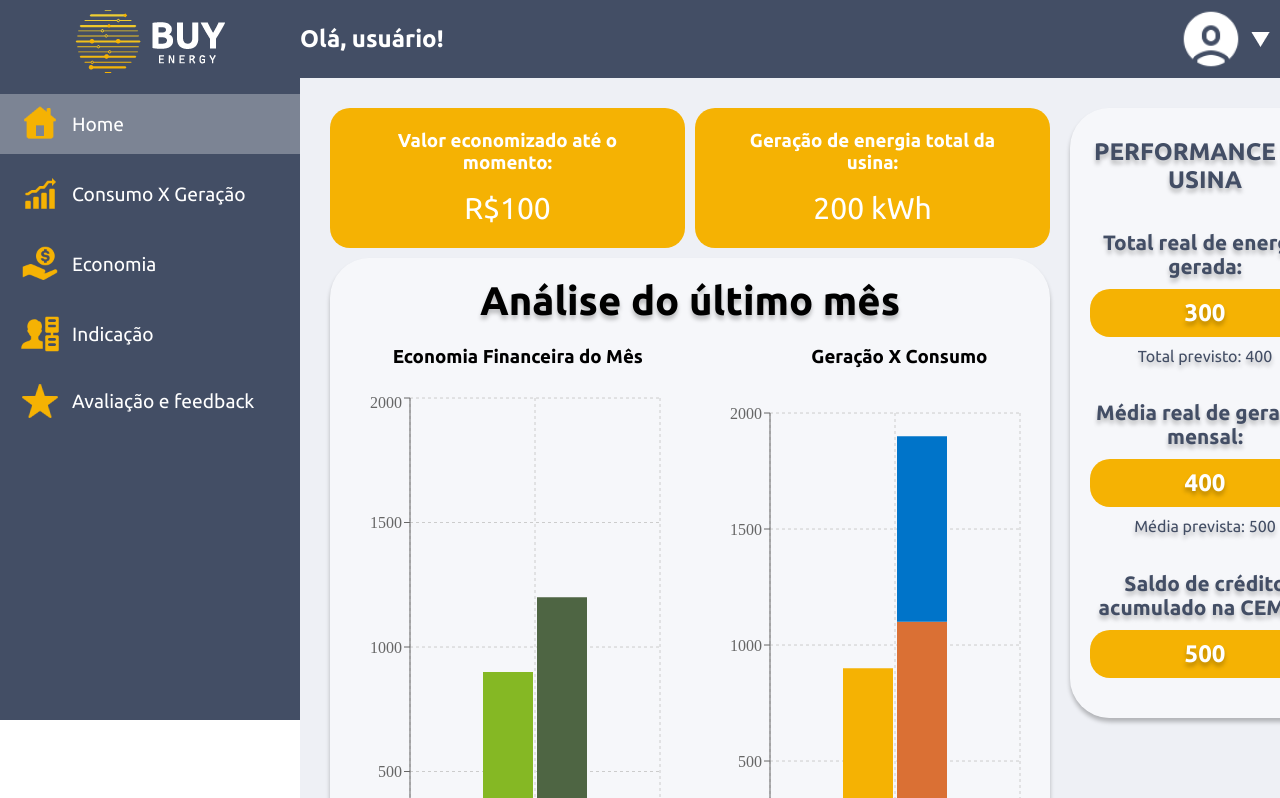
Repository: wolwerr/buyenergy-frontend
Page: /
The author's editor kept a copy of each file at every save. The page is drawn from the files as they stood at one save, then again after a run of saves.
The browser window is 1280 px wide. The pictures show the whole page.
An inner scrolling area shows only its first screen. The project was rebuilt for these pictures with package versions that can differ from the ones it lists, and the page was loaded fresh each time. Also part of the build but not shown: src/pages/indicacao/IndicacaoStyle.js, src/pages/indicacao/IndicacaoPage.jsx, src/pages/feedback/FeedbackStyle.js, src/pages/feedback/Feedback.jsx, src/pages/login/LoginStyle.js, src/pages/login/LoginPage.jsx, src/pages/economia/EconomiaStyle.js, src/pages/economia/EconomiaPage.jsx and 10 more.

Above is the page before, as saved 2022-10-31 16:04:55.

### public/index.html
<!DOCTYPE html>
<html lang="en">
  <head>
    <meta charset="utf-8" />
    <link rel="icon" href="%PUBLIC_URL%/favicon.ico" />
    <meta name="viewport" content="width=device-width, initial-scale=1" />
    <meta name="theme-color" content="#000000" />
    <meta
      name="description"
      content="Web site created using create-react-app"
    />
    <link rel="apple-touch-icon" href="%PUBLIC_URL%/logo192.png" />
    <!--
      manifest.json provides metadata used when your web app is installed on a
      user's mobile device or desktop. See https://developers.google.com/web/fundamentals/web-app-manifest/
    -->
    <link rel="manifest" href="%PUBLIC_URL%/manifest.json" />
    <!--
      Notice the use of %PUBLIC_URL% in the tags above.
      It will be replaced with the URL of the `public` folder during the build.
      Only files inside the `public` folder can be referenced from the HTML.

      Unlike "/favicon.ico" or "favicon.ico", "%PUBLIC_URL%/favicon.ico" will
      work correctly both with client-side routing and a non-root public URL.
      Learn how to configure a non-root public URL by running `npm run build`.
    -->
    <link rel="stylesheet" href="style.css">
    <link rel="preconnect" href="https://fonts.googleapis.com">
    <link rel="preconnect" href="https://fonts.gstatic.com" crossorigin>
    <link href="https://fonts.googleapis.com/css2?family=Ubuntu:ital,wght@0,400;0,500;0,700;1,400;1,500;1,700&display=swap" rel="stylesheet">
    <title>Buy Energy App MVP</title>
  </head>
  <body>
    <noscript>You need to enable JavaScript to run this app.</noscript>
    <div id="root"></div>
    <!--
      This HTML file is a template.
      If you open it directly in the browser, you will see an empty page.

      You can add webfonts, meta tags, or analytics to this file.
      The build step will place the bundled scripts into the <body> tag.

      To begin the development, run `npm start` or `yarn start`.
      To create a production bundle, use `npm run build` or `yarn build`.
    -->
  </body>
</html>

### src/App.js
import { BrowserRouter as Router, Route, Routes } from "react-router-dom";
import { AppCnt } from "./assets/styles/AppStyle";
import HomePage from "./pages/home/HomePage"
import IndicacaoPage from "./pages/indicacao/IndicacaoPage"
import Feedback from "./pages/feedback/Feedback"
import LoginPage from "./pages/login/LoginPage"
import Economia from "./pages/economia/EconomiaPage"
import ErrorPage from "./pages/error/ErrorPage";
import ConsumoXGeracaoPage from "./pages/consumoGeracao/ConsumoXGeracaoPage";

function App() {
  return (
    <AppCnt>
      <Router>
        <Routes>
          <Route index path="/" element={<HomePage />} />
          <Route path="/login" element={<LoginPage />} />
          <Route path="/consumo-e-geracao" element={<ConsumoXGeracaoPage />} />
          <Route path="/economia" element={<Economia />} />
          <Route path="/indicacao" element={<IndicacaoPage />} />
          <Route path="/feedback" element={<Feedback />} />
          <Route path="*" element={<ErrorPage />}/>
        </Routes>
      </Router>
    </AppCnt>
  );
}

export default App;

### src/assets/styles/AppStyle.js
import styled from "styled-components";

export const AppCnt = styled.div`
    display: flex;
    flex-direction: row;
`

### src/pages/home/HomePage.jsx
import Header from "../../layouts/header/Header";
import Main from "../../layouts/main/Main";
import {
  BotaoAmareloContainer,
  BotaoIndicacao,
  DivBarraLateral,
  Grafico,
  MainStyle,
} from "./HomePageStyle";
import ValorTotal from "../../components/home/ValorTotal";
import DadosPerformance from "../../components/home/DadosPerformance";
import NavMenu from "../../layouts/navMenu/NavMenu";
import GraficoEconomiaFinanceira from "../../components/home/GraficoEconomiaFinanceira";
import GraficoConsumoGeracao from "../../components/home/GraficoConsumoGeracao";

export default function HomePage({ userName = "usuário", value = "Valor" }) {
  return (
    <>
      <NavMenu page="home" />
      <Main>
        <MainStyle>
          <BotaoAmareloContainer>
            <ValorTotal
              title={`Valor economizado até o momento:`}
              description="R$"
              descriptionValue={100}
            />
            <ValorTotal
              title="Geração de energia total da usina:"
              description={200}
              descriptionValue=" kWh"
            />
          </BotaoAmareloContainer>
          <Grafico>
            <h1>Análise do último mês</h1>
            <div className="Tittle">
              <h3>Economia Financeira do Mês</h3>
              <h3>Geração X Consumo</h3>
            </div>
            <div className="divFlex">
              <GraficoEconomiaFinanceira />
              <GraficoConsumoGeracao />
            </div>
          </Grafico>
          <DivBarraLateral>
            <h1>Performance da Usina</h1>
            <DadosPerformance
              title="Total real de energia gerada:"
              value={value = 300}
              description="Total previsto: "
              descriptionValue={value = 400}
            />
            <DadosPerformance
              title="Média real de geração mensal:"
              value={value}
              description="Média prevista: "
              descriptionValue={value = 500}
            />
            <DadosPerformance
              title="Saldo de crédito acumulado na CEMIG:"
              value={value}
              description=""
              descriptionValue=""
            />
          </DivBarraLateral>
          <BotaoIndicacao to="/indicacao">
            <p>Indique amigos e ganhe comissões nas vendas</p>
            <span>Saiba mais &gt;</span>
          </BotaoIndicacao>
        </MainStyle>
      </Main>
      <Header userName={userName} />
    </>
  );
}

### src/layouts/header/Header.jsx
import React, { useEffect, useState } from 'react'
import { HeaderCnt, HeaderIconsLeft, ProfileImg, ProfileOptIcon, ProfileOptions } from './HeaderStyle'
import ProfileIcon from '../../assets/images/icons/test-account.png'
import ProfileOptionsIcon from '../../assets/images/icons/triangulo-para-baixo.png'

export default function Header({
    userName = 'usuário',
    userProfilePhoto = ProfileIcon
}) {
  const [profileOptions, setprofileOptions] = useState(false)

  function toggleProfileOptions () {
    setprofileOptions(!profileOptions)
  }

  const [windowWidth, setWindowWidth] = useState(window.innerWidth)

  const detectSize = () => {
    setWindowWidth(window.innerWidth)
  }

  useEffect(() => {
    window.addEventListener('resize', detectSize)

    return () => {
      window.removeEventListener('resize', detectSize)
    }
  }, [windowWidth])

  return (
    <HeaderCnt windowWidth={`${windowWidth}`}>
        <p>Olá, {userName}!</p>
        <HeaderIconsLeft>
          <ProfileImg src={userProfilePhoto} alt="Foto do perfil do usuário" />
          <ProfileOptIcon row src={ProfileOptionsIcon} alt="" onClick={toggleProfileOptions} />
        </HeaderIconsLeft>
        {profileOptions &&
          <ProfileOptions>
            <p>Sair</p>
          </ProfileOptions>
        }
    </HeaderCnt>
  )
}

### src/layouts/main/Main.jsx
import { useEffect, useState } from 'react'
import { MainCnt } from './MainStyle'

export default function Main({ children }) {
  const [windowWidth, setWindowWidth] = useState(window.innerWidth)

  const detectSize = () => {
    setWindowWidth(window.innerWidth)
  }

  useEffect(() => {
    window.addEventListener('resize', detectSize)

    return () => {
      window.removeEventListener('resize', detectSize)
    }
  }, [windowWidth])

  return (
    <MainCnt windowWidth={`${windowWidth}`}>
        {children}
    </MainCnt>
  )
}

### src/pages/home/HomePageStyle.js
import styled from "styled-components";
import { Link } from "react-router-dom";

export const MainStyle = styled.div`
  // height: 80vh;
  margin: 50px;
  display: grid;
  grid-template-areas:
  "amarelo lateral"
  "grafico lateral"
  "grafico lateral"
  "grafico botaoIndicacao";
  grid-template-columns: 7fr 3fr;
  grid-template-rows: auto;
  grid-column-gap: 20px;
  grid-row-gap: 10px;
  align-content: space-between;

  @media(max-width: 1400px) {
    margin: 30px;
  }
`
/* inicio container lateral*/
export const DivBarraLateral = styled.div`
  grid-area: lateral;
  border-radius: 2.5em;
  background-color: rgba(255, 255, 255, 0.5);
  box-shadow: 0px 4px 4px rgba(0, 0, 0, 0.25);
  display: flex;
  flex-direction: column;
  justify-content: space-between;
  text-align: center;
  align-items: center;
  color: #434e65;
  text-shadow: 0px 4px 4px rgba(0, 0, 0, 0.25);
  font-family: Ubuntu;
  padding: 30px 20px;
  max-width: 300px;
  height: 700px;

  @media(max-width: 1400px) {
    height: 550px;
  }
  h1 {
    text-transform: uppercase;

    @media(max-width: 1400px) {
      font-size: 1.5rem;
    }
  }
  h2 {
    color: #434e65;
    margin-bottom: 10px;

    @media(max-width: 1400px) {
      font-size: 1.3rem;
    }
  }
  h3 {
    font-size: 1.5rem;
    background: #f5b203;
    border-radius: 20px;
    width: 220px;
    padding: 10px 5px;
    text-align: center;
    margin: auto;
    color: white;
    margin-bottom: 10px;
  }
`
export const BotaoAmareloContainer = styled.div`
  grid-area: amarelo;
  width: 100%;
  display: flex;
  gap: 10px;
  justify-content: center;
`
export const Grafico = styled.div`
  grid-area: grafico;
  place-content: center;
  color: #000000;
  border-radius: 40px;
  box-shadow: 0px 4px 4px rgba(0, 0, 0, 0.25);
  background-color: rgba(255, 255, 255, 0.5);
  width: 100%;
  padding-bottom: 20px;
  .divFlex {
    display: flex;
    width: 100%;
    height: 80vh;
  }
  .Tittle{
    display: flex;
    justify-content: center;
    gap: 22%;
    margin-bottom: 24px;
  }
  .Tittle h3 {
    font-size: 700 13px 'Ubuntu';
    line-height: 15px;
    padding: 5px;
    color: #000000;
  }
  h1 {
    padding: 20px 20px;
    text-align: center;
    font: 700 2.5rem 'Ubuntu';
    color: #000;
    text-shadow: 0px 4px 4px rgba(0, 0, 0, 0.25);

    @media(max-width: 1024px) {
       padding: 10px 10px;
    }
  }
`
export const BotaoIndicacao = styled(Link)`
  grid-area: botaoIndicacao;
  max-width: 300px;
  background: #434E65;
  border-radius: 20px;
  height: 110px;
  padding: 30px 20px;
  box-sizing: border-box;
  color: #fff;
  position: relative;

  @media(max-width: 1400px) {
    padding: 20px 20px;
  }

  p {
    font: 700 1.25rem/1.3 'Ubuntu';
    text-align: center;

    @media(max-width: 1400px) {
      font-size: 1.1rem;
    }
  }

  span {
    font: 500 0.8125rem 'Ubuntu';
    position: absolute;
    right: 30px;
    top: 90px;
    text-decoration: underline;

    @media(max-width: 1400px) {
      top: 75px;
    }
  }
`

### src/components/home/ValorTotal.jsx
import React from 'react'
import { BotaoAmarelo } from './ValorTotalStyle'

export default function ValorTotal({ title="Valor Gerado",description="R$",descriptionValue="valor descrito"}) {
  return (
    <BotaoAmarelo>
        <h3>{title}</h3>
        <p>{description}{descriptionValue}</p>
    </BotaoAmarelo>
  )
}

### src/components/home/DadosPerformance.jsx
import React from 'react'

export default function DadosPerformance({ title="Titulo",value="Valor",description="Previsto",descriptionValue="Valor"}) {
  return (
    <div>
        <h2>{title}</h2>
        <h3> {value}</h3>
        <p> <strong></strong>{description}{descriptionValue}</p>
    </div>
  )
}

### src/layouts/navMenu/NavMenu.jsx
import React from 'react'
import logo from '../../assets/images/logo_negativo.png'
import iconHome from '../../assets/images/icons/home-page.png'
import iconIndicacao from '../../assets/images/icons/4 - Indicação.png'
import iconGeracaoConsumo from '../../assets/images/icons/2 - Geração x Consumo.png'
import iconEconomia from '../../assets/images/icons/3 - Economia.png'
import iconFeedback from '../../assets/images/icons/star.png'
import { NavCnt, LogoImgLink, UlNavMenu, LiNavMenu, NavIconImg, LiSpan, LinkNav, } from './NavMenuStyle'

export default function NavMenu({ page="" }) {

  return (
    <NavCnt>
      <div>
        <LogoImgLink  to="/">
            <img src={logo} alt="" />
        </LogoImgLink>
        <UlNavMenu>
            <LiNavMenu>
              <LinkNav to="/" active={page === "home" ? "active"  : ""}>
                <NavIconImg src={iconHome} alt=''/>
                <LiSpan active={page === "home" ? "active"  : ""}>Home</LiSpan>
              </LinkNav>
            </LiNavMenu>
            <LiNavMenu>
              <LinkNav to="/consumo-e-geracao" active={page === "consumoGeracao" ? "active"  : ""}>
                <NavIconImg src={iconGeracaoConsumo} alt=''/>
                <LiSpan active={page === "indicacao" ? "active"  : ""}>Consumo X Geração</LiSpan>
              </LinkNav>
            </LiNavMenu>
            <LiNavMenu>
              <LinkNav to="/economia" active={page === "economia" ? "active"  : ""}>
                <NavIconImg src={iconEconomia} alt=''/>
                <LiSpan active={page === "indicacao" ? "active"  : ""}>Economia</LiSpan>
              </LinkNav>
            </LiNavMenu>
            <LiNavMenu>
              <LinkNav to="/indicacao" active={page === "indicacao" ? "active"  : ""}>
                <NavIconImg src={iconIndicacao} alt=''/>
                <LiSpan active={page === "indicacao" ? "active"  : ""}>Indicação</LiSpan>
              </LinkNav>
            </LiNavMenu>
            <LiNavMenu>
              <LinkNav to="/feedback" active={page === "feedback" ? "active"  : ""}>
                <NavIconImg src={iconFeedback} alt=''/>
                <LiSpan active={page === "feedback" ? "active"  : ""}>Avaliação e feedback</LiSpan>
              </LinkNav>
            </LiNavMenu>
        </UlNavMenu>
      </div>
    </NavCnt>
  )
}

### src/components/home/GraficoEconomiaFinanceira.jsx
import React, { PureComponent } from 'react';
import { BarChart, Bar, XAxis, YAxis, CartesianGrid, Tooltip, Legend, ResponsiveContainer } from 'recharts';

const data = [
  {
    reais: 2000,
    name: 'maio/2022',
    "Com a usina você pagou": 900,
    "Sem a usina você pagaria": 1200,
  }
];

export default class GraficoEconomiaFinanceira extends PureComponent {
  static demoUrl = 'https://codesandbox.io/s/simple-bar-chart-tpz8r';

  render() {
    return (
      <ResponsiveContainer width="100%" height="100%">
        <BarChart
          width={500}
          height={300}
          data={data}
          margin={{
            top: 5,
            right: 30,
            left: 20,
            bottom: 5,
          }}
        >
          <CartesianGrid strokeDasharray="3 3" />
          <XAxis dataKey="name" />
          <YAxis dataKey="reais"/>
          <Tooltip />
          <Legend />
          <Bar dataKey="Com a usina você pagou" fill="#85B824" barSize={50}/>
          <Bar dataKey="Sem a usina você pagaria" fill="#4E6543" barSize={50}/>
        </BarChart>
      </ResponsiveContainer>
    );
  }
}

### src/components/home/GraficoConsumoGeracao.jsx
import React, { PureComponent } from 'react';
import { BarChart, Bar, XAxis, YAxis, CartesianGrid, Tooltip, Legend, ResponsiveContainer } from 'recharts';

const data = [
  {
    reais: 2000,
    name: 'maio/2022',
    "Sua geração total do mês": 900,
    "Energia consumida da sua Usina": 1100,
    "Energia consumida da CEMIG": 800,
  },
];

export default class GraficoConsumoGeracao extends PureComponent {
  static demoUrl = 'https://codesandbox.io/s/mixed-bar-chart-q4hgc';

  render() {
    return (
      <ResponsiveContainer width="100%" height="100%">
        <BarChart
          width={500}
          height={300}
          data={data}
          margin={{
            top: 20,
            right: 30,
            left: 20,
            bottom: 5,
          }}
        >
          <CartesianGrid strokeDasharray="3 3" />
          <XAxis dataKey="name" />
          <YAxis dataKey="reais" />
          <Tooltip />
          <Legend />
          <Bar dataKey="Sua geração total do mês" fill="#F5B203" barSize={50}/>
          <Bar dataKey="Energia consumida da sua Usina" stackId="a" fill="#DA7034" barSize={50}/>
          <Bar dataKey="Energia consumida da CEMIG" stackId="a" fill="#0074C9" barSize={50}/>
        </BarChart>
      </ResponsiveContainer>
    );
  }
}

### src/layouts/header/HeaderStyle.js
import styled from "styled-components";

export const HeaderCnt = styled.header`
    background-color: #434e65;
    position: fixed;
    top: 0px;
    left: 300px;
    padding: 5px 0;
    width: ${props => props.windowWidth - 300}px;
    display: flex;
    flex-flow: row nowrap;
    justify-content: space-between;
    align-items: center;

    p {
        font-size: 1.5em;
        color: white;
        font-weight: 700;
    }
`

export const HeaderIcon = styled.img`
    width: 100%;
    height: auto;
    max-width: 45px;
    margin-right: 10px;
`

export const ProfileImg = styled.img`
    width: 100%;
    height: auto;
    max-width: 60px;
    border-radius: 100px;
`

export const ProfileOptIcon = styled.img`
    width: 100%;
    height: auto;
    max-width: 20px;
    margin: 0 10px;
`

export const HeaderIconsLeft = styled.div`
    display: flex;
    flex-direction: row;
    align-items: center;
`

export const ProfileOptions = styled.div`
    background-color: #434e65;
    color: white;
    width: 100px;
    height: auto;
    position: absolute;
    top: 78px;
    right: 0px;
    border: 1px solid gray;
    text-transform: uppercase;
    border-radius: 10px;
    box-shadow: 0px 4px 4px rgba(0, 0, 0, 0.25);
    text-align: center;
    padding: 10px 0;
    margin: 0;
`

### src/layouts/main/MainStyle.js
import styled from "styled-components";
import backgroundImg from "../../assets/images/background.png"

export const MainCnt = styled.main`
    /* background-image: url(${backgroundImg});
    background-repeat: no-repeat;
    background-position: right top;
    background-size: cover; */
    // position: fixed;
    position: absolute;
    top: 78px;
    left: 300px;
    width: ${props => props.windowWidth - 300}px;
    height: 100%;
    background-color: rgb(238,240,245);
    overflow: auto;
`

### src/components/home/ValorTotalStyle.js
import styled from "styled-components";

export const BotaoAmarelo = styled.div`
  display: flex;
  flex-direction: column;
  align-items: center;
  justify-content: center;
  text-align: center;
  background-color: #f5b203;
  border-radius: 20px;
  width: 355px;
  height: 160px;
  font-size: 20px;
  color: white;
  margin: auto;

  @media(max-width: 1400px) {
    font-size: 16px;
    height: 140px;
  }

  h3 {
    font-family: 'Ubuntu';
    font-style: normal;
    text-align: center;
    padding: 0 30px;
  }

  p {
    font-size: 40px;
    font-family: ubuntu;
    font-style: bold;
    padding-top: 5%;

    @media(max-width: 1400px) {
      font-size: 30px;
    }
  }
`;

### src/layouts/navMenu/NavMenuStyle.js
import styled from "styled-components";
import { Link } from "react-router-dom";

export const NavCnt = styled.nav`
    background-color: #434e65;
    position: fixed;
    top: 0;
    left: 0;
    height: 100%;
    width: 300px;
    display: flex;
    flex-direction: column;
    justify-content: space-between;
    overflow: hidden;
`

export const LogoImgLink = styled(Link)`
    display: flex;

    img {
        text-align: center;
        margin: 10px auto;
    }
`

export const UlNavMenu = styled.ul`
    list-style: none;
    margin-block-start: 0;
    margin-block-end: 0;
    padding-inline-start: 0;
`

export const LiNavMenu = styled.li`
    color: white;
    margin: 10px 0;
`

export const NavIconImg = styled.img`
    max-width: 40px;
`

export const LiSpan = styled.span`
    margin-left: 12px;
    font-size: 1.2em;
`

export const LinkNav = styled(Link)`
    display: flex;
    align-items: center;
    background-color: ${props => props.active ? "rgba(255, 255, 255, 0.3)" : ""};
    padding: 10px 20px;

    &:link, &:visited, &:hover, &:active {
        color: white;
        text-decoration: none;
    }

    &:hover {
        font-weight: 900;
    }
`

export const BottomNavDiv = styled.div`
    margin: 10px;
`

export const PSpan = styled.span`
    font-family: 'Ubuntu';
    margin-left: 12px;
`

### public/style.css
body {
    margin: 0 auto;
}

p, li, h1, h2, h3, h4, h5, a {
    font-family: 'Ubuntu';
    margin: 0;
}

a {
    text-decoration: none;
}

Loaded but not shown: src/index.js (common file)

After the next 3 saves:
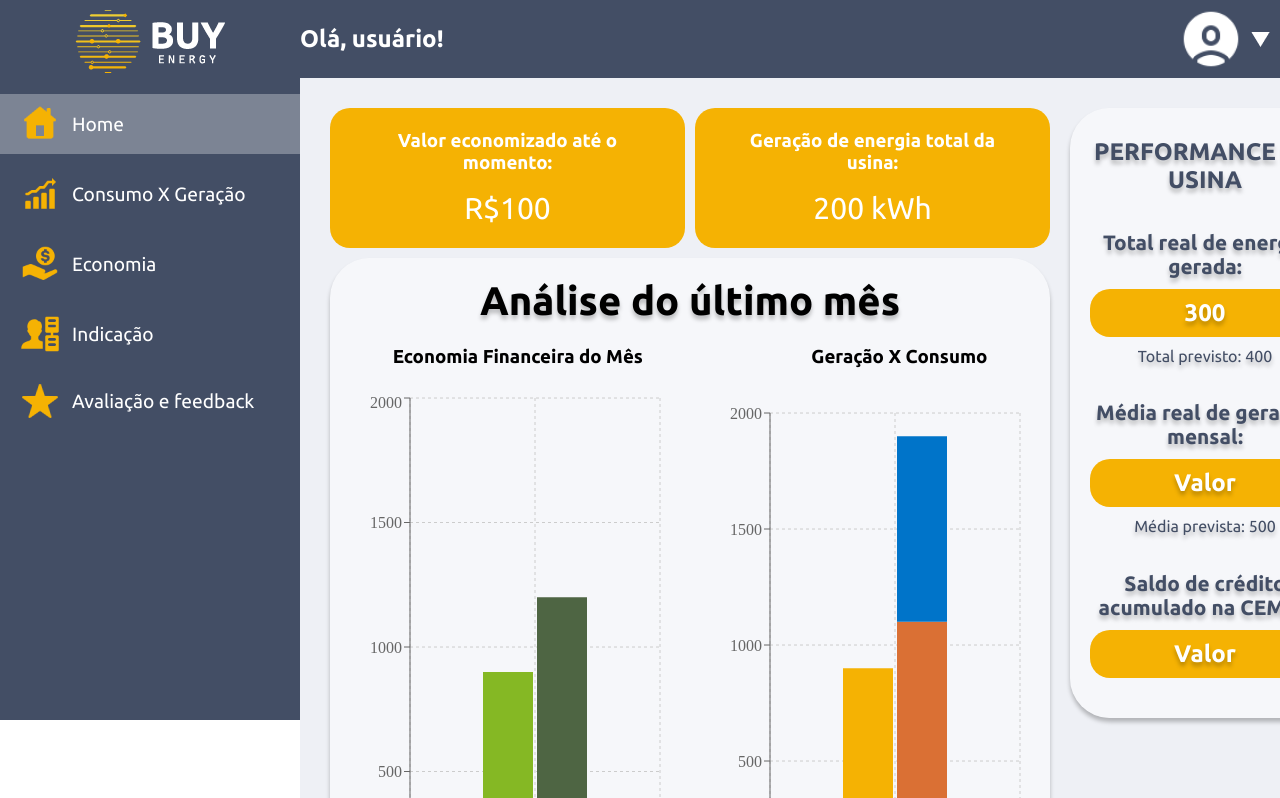
The 3 saves are shown as one change because they came seconds apart.
The last was saved 12 s later.
--- a/src/pages/home/HomePage.jsx
+++ b/src/pages/home/HomePage.jsx
@@ -46,15 +46,15 @@ export default function HomePage({ userName = "usuário", value = "Valor" }) {
             <h1>Performance da Usina</h1>
             <DadosPerformance
               title="Total real de energia gerada:"
-              value={value = 300}
+              value={300}
               description="Total previsto: "
-              descriptionValue={value = 400}
+              descriptionValue={400}
             />
             <DadosPerformance
               title="Média real de geração mensal:"
               value={value}
               description="Média prevista: "
-              descriptionValue={value = 500}
+              descriptionValue={500}
             />
             <DadosPerformance
               title="Saldo de crédito acumulado na CEMIG:"
